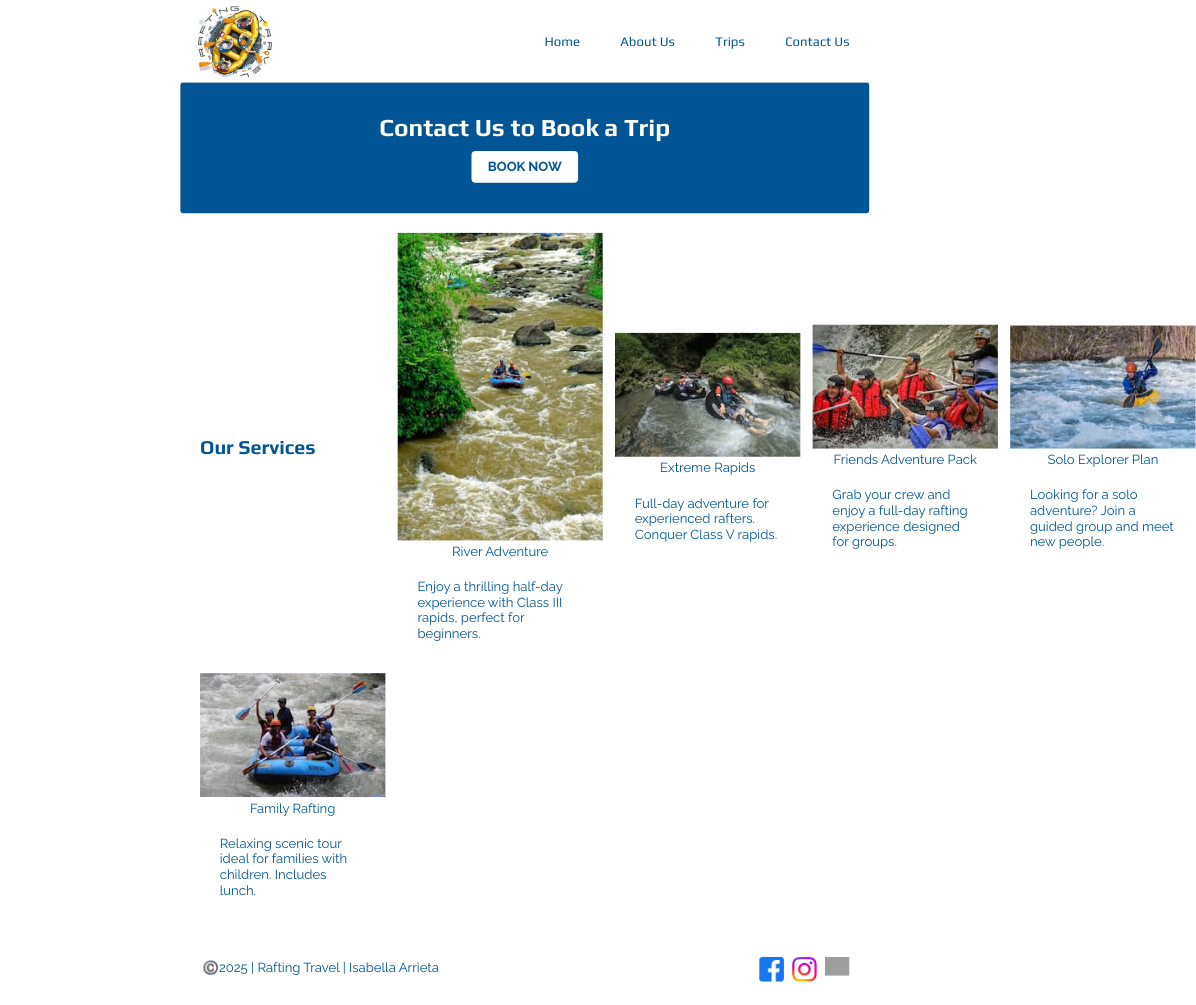
Repository: isaAJ05/wdd130
Page: wwr/trips.html
These files come from the project's save history. The page is drawn as it stood at one moment and after the next save; the edit follows.
The browser window is 1280 px wide. The page is 1458 px wide, so the pictures cover 1458 px, including what lies to the right of the window. The pictures show the whole page, at 82% of full size.
Pictures or frames that could not be fetched are drawn as grey boxes.

Above is the page before, as saved 2025-06-16 23:22:31.

### wwr/trips.html
<!DOCTYPE html>
<html lang="en">
<head>
    <meta charset="UTF-8">
    <meta name="viewport" content="width=device-width, initial-scale=1.0">
    <title>Trips-Rafting Travel</title>
    <meta name="description" content="Info about the trips of Rafting Travel">
    <meta name="author" content="Isabella Arrieta">
    <link rel="stylesheet" href="styles/rafting.css">
    <link rel="preconnect" href="https://fonts.googleapis.com">
    <link rel="preconnect" href="https://fonts.gstatic.com" crossorigin>
    <link href="https://fonts.googleapis.com/css2?family=Play:wght@400;700&family=Raleway:ital,wght@0,100..900;1,100..900&display=swap" rel="stylesheet">
</head>
<body>
    <header>
        <img src ="images/z-raftingcompas.jpg" alt="Rafting Company Logo">
    <nav>
        <a href="index.html">Home</a>
        <a href="about.html">About Us</a>
        <a href="trips.html">Trips</a>
        <a href="contact.html">Contact Us</a>
    </nav>
    </header>
    <main>
        <div class="rectangle-3">
            <h1 class="header-3">Contact Us to Book a Trip</h1>
            <a href="contact.html" class="btn">BOOK NOW</a>
        </div>
        <section class="services">
            <h2>Our Services</h2>
            <figure>
                <img src="images/trips1.jpg" alt="">
                <figcaption>River Adventure</figcaption>
                <p>Enjoy a thrilling half-day experience with Class III rapids, perfect for beginners.</p>
            </figure>
            <figure>
                <img src="images/trips2.jpg" alt="">
                <figcaption>Extreme Rapids</figcaption>
                <p>Full-day adventure for experienced rafters. Conquer Class V rapids.</p>
            </figure>
            <figure>
                <img src="images/trips3.jpg" alt="">
                <figcaption>Friends Adventure Pack</figcaption>
                <p>Grab your crew and enjoy a full-day rafting experience designed for groups.</p>
            </figure>
            <figure>
                <img src="images/trips4.jpg" alt="">
                <figcaption>Solo Explorer Plan</figcaption>
                <p>Looking for a solo adventure? Join a guided group and meet new people.</p>
            </figure>
            <figure>
                <img src="images/trips5.jpg" alt="">
                <figcaption>Family Rafting</figcaption>
                <p>Relaxing scenic tour ideal for families with children. Includes lunch.</p>
            </figure>
        </section>
        </main>
    <footer>
        <p>©️2025 | Rafting Travel | Isabella Arrieta</p>
        <nav class="socialmedia">
            <a href="https://www.facebook.com/">
                <img src="images/facebook.webp" alt="Facebook" width="30">
            </a>
            <a href="https://www.instagram.com/">
                <img src="images/instagram.webp" alt="Instagram" width="30">
            </a>
            <a href="https://x.com/home">
                <img src="images/x.webp" alt="X" width="30">
            </a>
        </nav>
    </footer>
</body>
</html>

### wwr/styles/rafting.css
:root {
    --primary-color: #FC9F1C;
    --secondary-color: #FFE77C;
    --accent1-color: #025595;
    --accent2-color: #A6DEF6;
    --heading-font: "Play", sans-serif;
    --body-font: "Raleway", sans-serif;
}

header {
    margin: 1rem auto;
    background-color: #fff;
    color: var(--secondary-color);
    display: grid;
	grid-template-columns: 1fr 1fr;
    align-items: center;
    border-bottom: 1px solid #ccc;

}
header img {
    width: 100px;
    height: auto;
    margin-left: 16px;
}
*{
    margin: 0;
    padding: 0;
    box-sizing: border-box;
}
body {
    font-family: var(--body-font);
    color: var(--accent1-color);
}
 header, main, footer {
    width: 840px;
    margin: 0 auto;
}
h1, h2{
    font-family: var(--heading-font);
    color: var(--accent1-color);
}
p, section, article{
    margin: 16px;
    padding: 8px;
}
.History {
    display: grid;
	grid-template-columns: 1fr 1fr 1fr;
    align-items: center;
    grid-gap: 1px;
}
.History h2{
    grid-column: 1/4;
    text-align: center;

}
.History img{
    width: 100%;
    height: auto;
}
.Adventure {
    display: grid;
    grid-template-columns: 1fr 1fr 1fr 1fr 1fr;
    align-items: center;
    grid-gap: 15px;
}
.Adventure h2{
    grid-column: 1/6;
    text-align: center;
}
.Adventure img{
    width: 100%;
    height: auto;
}
figcaption {
    text-align: center;
}
nav {
    margin: 16px;
    padding: 8px;
    display: flex;
    justify-content: space-between;
	flex: 1 1 auto;

}
nav a {
    text-decoration: none;
    font-family: var(--heading-font);
    color: var(--accent1-color);
}
nav a:hover {
    color: var(--primary-color);
    text-decoration: underline;
}

.socialmedia a{
    text-decoration: none;
}
.socialmedia {
    justify-content: right;
    gap: 10px;
}

.herodiv{
    position: relative;
    margin: 1em auto;

}

.herodiv img{
    display: block;
    width: 100%;
    height: auto;
}

.herodiv h1{
    position: absolute;
    top: 20px;
    width: 100%;
    padding: 16px;
    text-align: center;
    opacity: 0.9;
    background-color: var(--accent1-color);
    color: #ffffff;

}

.herodiv article{
    position: absolute;
    top: 150px;
    left: 5px;
    width: 800px;
    opacity: 0.9;
    background-color: var(--accent1-color);
    color: #ffffff;
}
.herodiv article img{
    float: right;
    width: 230px;
    padding: 8px;
}
footer {
    display: flex;

}
footer p {
    margin: 19px;
    padding: 8px;

}
.rectangle-3 {
	width: 840px;
	height: 159px;
	padding: 8px 8px 8px 8px;
	background:var(--accent1-color);
    margin: 0 auto;
    display: flex;
    flex-direction: column;
    align-items: center;
    justify-content: center;
	border-radius: 3px 3px 3px 3px;

}
.rectangle-3 .header-3 {
    width: 463px;
	height: 36px;
	color: #FFFFFF;
	font-family: var(--heading-font);
	font-weight: 700;
	font-size: 30px;
	line-height: 1.2;
	text-align: center;
}
.we-love-questions-and-feedback-and-we-re-always- {
	width: 418px;
	height: 44px;
	color: #FFFFFF;
	font-family: var(--body-font);
	font-weight: 400;
	font-size: 13px;
	line-height: 1.4;
	text-align: center;
}
.rectangle-4 {
	width: 840px;
	height: 348px;
	background: #FFFFFF;
	border-radius: 3px 3px 3px 3px;
    display: flex;
    align-items: flex-start;
}
.column-text{
    flex:1;
    padding: 20px;
    align-items: center;
}
.column-text .block{
    flex:1;
}

.column-map {
    flex: 1;
    text-align: right;;
}

.column-map iframe {
	max-width: 463px;
	height: 348px;
	background: #00000000;

}


.header-14 {
	width: 223px;
	color: var(--accent1-color);
	font-family: var(--body-font);
	font-weight: 700;
	font-size: 24px;
	line-height: 1.2;
    text-align: left;
    margin-top: 34px;
}
.jackson-wyoming-ee-uu- {

    margin-top: 35px;
	color: var(--accent1-color);
	font-family: var(--body-font);
	font-weight: 600;
	font-size: 16px;
	line-height: 1.1;
	text-align: left;
    padding-left: 6px;
}


.address-phone-and-email {
    margin-top: 20px;
	color: var(--accent1-color);
	font-family: var(--body-font);
	font-weight: 400;
	font-size: 11px;
	line-height: 1.5;
	text-align: left;
}
.address-phone-and-email img {
	width: 18px;
	height: 18px;
}
.address-phone-and-email figure {
    display: flex;
    gap: 10px;
    margin: 0;
    margin-top: 10px;
}



.rectangle-5 {
	width: 840px;
	height: 240px;
    padding: 20px 20px 20px 20px;
	background: var(--accent1-color);
	border-radius: 3px 3px 3px 3px;
    display: grid;
    grid-template-columns: 1fr 1fr 1fr;
    align-items: center;
    justify-items: center;
}
.rectangle-5 img {
	width: 120px;
	height: 135px;
	background: #00000000;
}

.rectangle-5 figcaption {
	width: 111px;
	height: 15px;
	color: #FFFFFF;
	font-family: var(--body-font);
	font-weight: 500;
	font-size: 14px;
	line-height: 1.1;
	text-align: center;
}

.header-16 {
	width: 223px;
	height: 48px;
	color: #FFFFFF;
	font-family: var(--heading-font);
	font-weight: 700;
	font-size: 24px;
	line-height: 1.2;
	text-align: center;
    grid-column: 1/4;
    margin: 0 auto;
}

.rectangle-6 {
	width: 840px;
	height: 551px;
	padding: 8px 8px 8px 8px;
	background: #EDF0F4;
	border-radius: 3px 3px 3px 3px;
}
.rectangle-7 {
	width: 840px;
	height: 340px;
	padding: 8px 8px 8px 8px;
	background: #EDF0F4;
	border-radius: 3px 3px 3px 3px;
}
.rectangle-6 h2, .rectangle-7 h2 {
    margin-top: 48px;
	color: #3B4754;
	font-family: var(--heading-font);
	font-weight: 700;
	font-size: 24px;
	line-height: 1.2;
	text-align: center;
}

.rectangle-6 p, .rectangle-7 p {
	color: #4f6278;
	font-family: var(--body-font);
	font-weight: 400;
	font-size: 13px;
	line-height: 1.5;
	text-align: center;
}

.rectangle-6 .row, .rectangle-7 .row {
    display: flex;
    gap: 20px;
    align-items: center;
    justify-content: center;
    padding-top: 16px;
    padding-bottom: 16px;

}

.rectangle-6 .form-title, .rectangle-7 .form-title {
    display: flex;
    flex-direction: column;

}
.rectangle-6 .form-title label, .rectangle-7 .form-title label {
	width: 31px;
	height: 12px;
	color: #3B4754;
	font-family: var(--body-font);
	font-weight: 700;
	font-size: 11px;
	line-height: 1.1;
	text-align: left;
}
.rectangle-6 .form-title input, .rectangle-7 .form-title input {
	width: 225px;
	height: 28px;
	background: #FFFFFF;
	color: #9FAFC1;
	border-color: #C9D3DD;
	border-width: 2px;
	border-style: solid;
	border-radius: 4px 4px 4px 4px;
	font-family: var(--body-font);
	font-weight: 400;
	font-size: 12px;
	text-align: left;
    margin-top: 4px;
}
.rectangle-6 .title label, .rectangle-7 .title label {
	width: 31px;
	height: 12px;
	color: #3B4754;
	font-family: var(--body-font);
	font-weight: 700;
	font-size: 11px;
	line-height: 1.1;
	text-align: left;
    padding-left: 176px;
}
.radio{
    padding-left: 176px;

}

input[type="radio"]{
	background: #FFFFFF;
	border-color: #C9D3DD;
	border-width: 1.5px;
	border-style: solid;
}
.radio label {
    font-family: var(--body-font);
	font-weight: normal;
	font-size: 12px;
	text-align: left;
    color: #232323;
}
.rectangle-6 .textarea {
    display: flex;
    flex-direction: column;
    align-items: center;
    justify-content: center;
}
.rectangle-6 .textarea textarea {
    width: 469px;
	height: 99px;
	background: #FFFFFF;
	color: #000000;
	border-color: #C9D3DD;
	border-width: 2px;
	border-style: solid;
	border-radius: 4px 4px 4px 4px;
	font-family: var(--body-font);
	font-weight: 400;
	font-size: 12px;
	text-align: left;

}
.check {
    padding-left: 260px;
    padding-top: 20px;
    padding-bottom: 16px;
}
.check checkbox {
	width: 371px;
	height: 19px;
	background: #FFFFFF;
	border-color: #C9D3DD;
	border-width: 1.5px;
	border-style: solid;

}

.check label{
    font-family: var(--body-font);
	font-weight: normal;
	font-size: 12px;
	text-align: left;
	color: #4f6278;;
}
.send {
    padding-left: 360px;
}
.rectangle-6 button, .hero button, .rectangle-7 button {
	width: 100px;
	height: 28px;
	padding: 0px 10px 0px 10px;
	background: var(--accent1-color);
	color: #FFFFFF;
	border-color: #3B4754;
	border-width: 1px;
	border-style: solid;
	border-radius: 2px 2px 2px 2px;
	font-family: var(--body-font);
	font-weight: 700;
	font-size: 10px;
	text-align: center;

}
.rectangle-6 button:hover, .btn:hover, .rectangle-7 button:hover {
    background: var(--primary-color);
    color: #fff;
    cursor: pointer;
}
.hero {
	position: relative;
}
.hero img {
	width: 100%;
	display: block;
}
.hero-text {
	position: absolute;
	top: 360px;
	width: 100%;
	text-align: center;
	background-color: var(--accent1-color);
	padding: 20px;
	opacity: 0.9;
	color: #ffffff;
}

.hero-text h1 {
	font-size: 1.7rem;
	margin: 0;
	font-family: var(--heading-font);
	color: #ffffff;
}
.btn {
	display: inline-block;
	margin-top: 10px;
	padding: 10px 20px;
	background-color: #ffffff;
	color: var(--accent1-color);
	text-decoration: none;
	border-radius: 5px;
	font-weight: bold;
}
.more-info {
    display: grid;
    grid-template-columns: 1fr 1fr 1fr;
    align-items: center;
    justify-items: center;

}

.more-info h2{
    grid-column: 1/4;
    text-align: center;
	margin-bottom: 16px;

}
.more-info img{
    width: 200px;
    height: auto;
}
.more-info figcaption{
	text-align: center;
	padding: 8px;
	font-family: var(--body-font);
	color: var(--accent1-color);
	font-weight: 500;
	font-size: 14px;
}

.services {
    display: grid;
    grid-template-columns: 1fr 1fr 1fr 1fr 1fr;
    align-items: center;
    grid-gap: 15px;
}
.Adventure h2{
    grid-column: 1/6;
    text-align: center;
}
.Adventure img{
    width: 100%;
    height: auto;
}
figcaption {
    text-align: center;
}

After the next save:
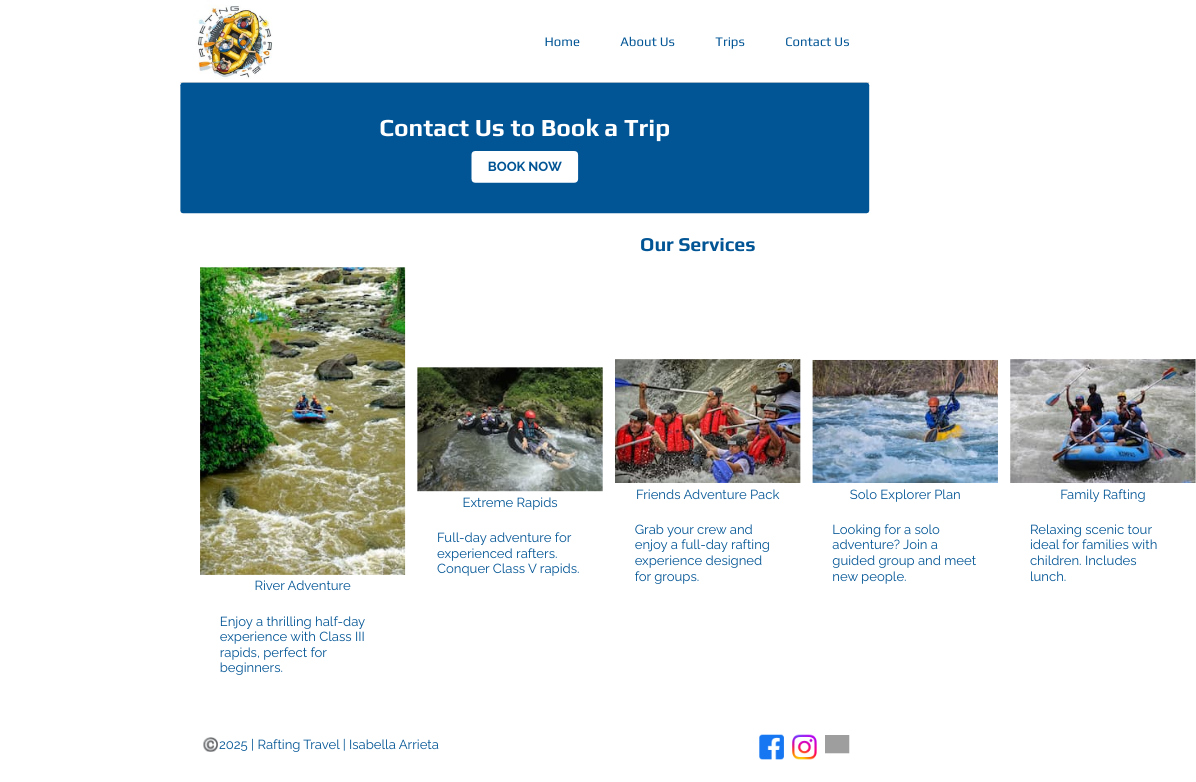
Saved 7 s later.
--- a/wwr/styles/rafting.css
+++ b/wwr/styles/rafting.css
@@ -533,7 +533,7 @@ input[type="radio"]{
     align-items: center;
     grid-gap: 15px;
 }
-.Adventure h2{
+.services h2{
     grid-column: 1/6;
     text-align: center;
 }
